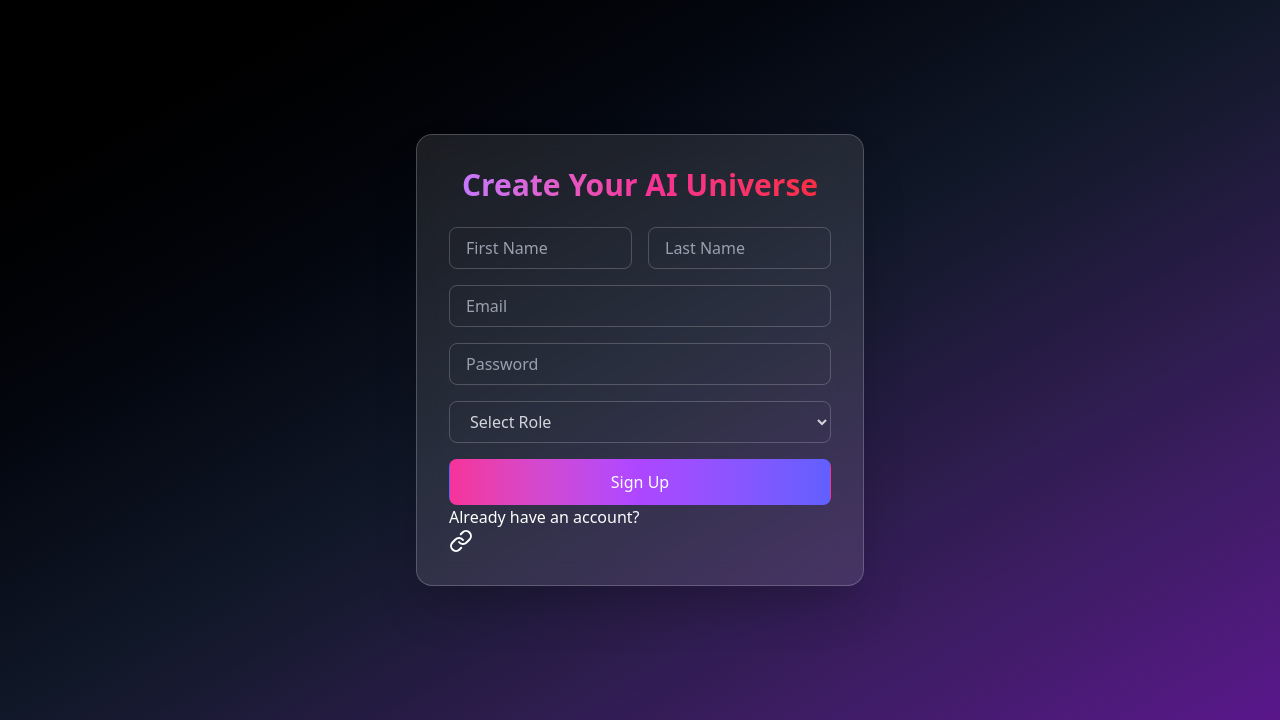
Repository: vartularora45/aiuniversebuilder
Page: /signup (app in frontend/)
The author's editor kept a copy of each file at every save. The page is drawn from the files as they stood at one save, then again after a run of saves.
The browser window is 1280 px wide. The pictures show the whole page.
The project was rebuilt for these pictures with package versions that can differ from the ones it lists, and the page was loaded fresh each time. Also part of the build but not shown: frontend/vite.config.js, frontend/src/pages/LandingPage.jsx, frontend/src/pages/LoginPage.jsx.

Above is the page before, as saved 2025-08-02 21:33:48.

After the next 2 saves:
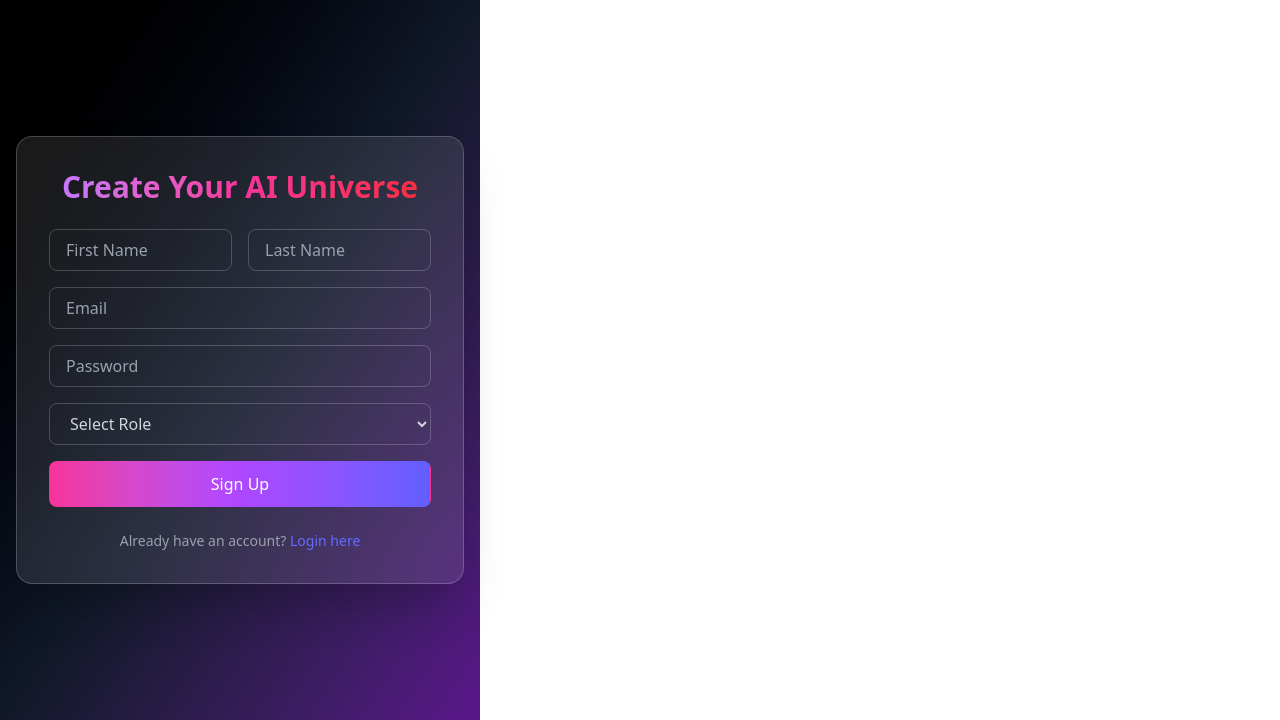
The 2 saves are shown as one change because they came seconds apart.
The last was saved 105 s later.
--- a/frontend/src/pages/SignupPage.jsx
+++ b/frontend/src/pages/SignupPage.jsx
@@ -1,9 +1,8 @@
-import { Link } from "lucide-react";
 import React from "react";
 
 const SignUpPage = () => {
   return (
-    <div className="min-h-screen min-w-screen bg-gradient-to-br from-black via-gray-900 to-purple-900 flex items-center justify-center p-4">
+    <div className="min-h-screen bg-gradient-to-br from-black via-gray-900 to-purple-900 flex items-center justify-center p-4">
       <div className="bg-white/10 backdrop-blur-md border border-white/20 rounded-2xl shadow-2xl p-8 w-full max-w-md text-white animate-fade-in">
         <h2 className="text-3xl font-bold text-center bg-gradient-to-r from-purple-400 via-pink-500 to-red-500 bg-clip-text text-transparent mb-6">
           Create Your AI Universe
@@ -54,8 +53,11 @@ const SignUpPage = () => {
           </button>
         </form>
 
-        <p>
-          Already have an account? <Link href="/login">Login</Link>
+        <p className="text-center mt-6 text-sm text-gray-400">
+          Already have an account?{" "}
+          <a href="#" className="text-purple-400 hover:underline">
+            Login here
+          </a>
         </p>
       </div>
     </div>
